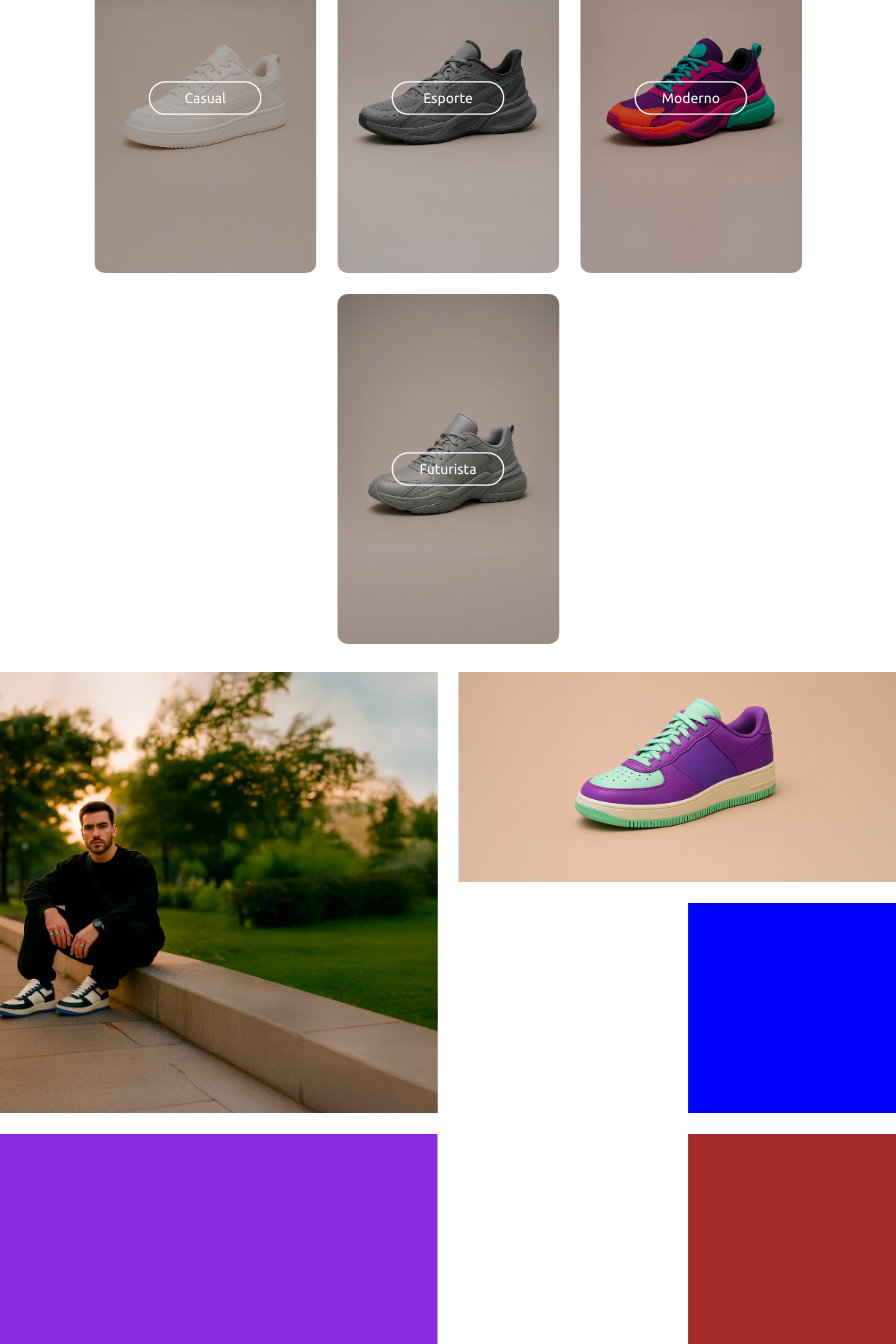
Repository: caique2512/ecommerce-syntaxwear
Page: index.html
An editor plug-in stored every save of this project. The page is shown before and after a run of saves, followed by the edit.
The browser window is 1280 px wide. The pictures show the part of the page from y = 690 to 2610 px (the page is 2610 px tall), at 70% of full size.

Above is the page before, as saved 2026-02-20 18:42:31.

### index.html
<!doctype html>
<html lang="pt-BR">
  <head>
    <meta charset="UTF-8" />
    <meta name="viewport" content="width=device-width, initial-scale=1.0" />
    <meta name="description" content="SyntaxWear - Loja de tênis online" />
    <title>SyntaxWear - Tênis e Sneakers Online</title>
    <meta
      name="description"
      content="Compre os melhores tênis e sneakers online na SyntaxWear. Encontre modelos exclusivos, ofertas imperdíveis e frete grátis para todo o Brasil."
    />

    <link rel="stylesheet" href="./css/base/reset.css" />
    <link rel="stylesheet" href="./css/base/style.css" />
    <link rel="stylesheet" href="./css/base/variables.css" />

    <link rel="stylesheet" href="./css/components/header.css" />
    <link rel="stylesheet" href="./css/components/hero.css" />
    <link rel="stylesheet" href="./css/components/product-category.css" />
    <link rel="stylesheet" href="./css/components/product-grid.css" />
  </head>
  <body>
    <!-- Header com Logo e Navegação -->
    <header class="header">
      <h1 class="logo">
        <a href="/" title="SyntaxWear - Tênis e Sneakers Online">
          <img
            src="./images/logo/logo.svg"
            alt="SyntaxWear - Tênis e Sneakers Online"
          />
        </a>
      </h1>
      <nav class="nav-center" aria-label="Categorias Principais">
        <ul>
          <li><a href="#">Masculino</a></li>
          <li><a href="#">Feminino</a></li>
          <li><a href="#">Outlet</a></li>
        </ul>
      </nav>

      <nav class="nav-right" aria-label="Menu Secundário">
        <ul>
          <li><a href="#">Nossas lojas</a></li>
          <li><a href="#">Sobre</a></li>
          <li>
            <a href="#" aria-label="Minha conta">
              <img src="./images/icons/user.svg" alt="Minha conta" />
            </a>
          </li>
          <li>
            <a href="#" aria-label="Ajuda">
              <img src="./images/icons/help.svg" alt="Ajuda" />
            </a>
          </li>
          <li>
            <a href="#" aria-label="Carrinho">
              <img src="./images/icons/bag.svg" alt="Carrinho" />
            </a>
          </li>
        </ul>
      </nav>
    </header>
    <main>
      <section class="hero">
        <div class="hero-overlay">
          <div class="hero-content">
            <span class="hero-subtitle">Krypton One</span>
            <h2 class="hero-title">Tranforme qualquer passo em preseça.</h2>
            <div class="hero-buttons">
              <a class="btn btn-outiline" href="#">Ver modelos</a>
              <a class="btn btn-filled" href="#">Comprar</a>
            </div>
          </div>
        </div>
      </section>
      <!-- Seção de Categorias de Tênis -->
      <section class="categories-section">
        <div class="category-card casual">
          <a class="category-link" href="#">
            <span class="overlay"></span>
            <span class="category-name btn btn-outiline">Casual</span>
          </a>
        </div>
        <div class="category-card esporte">
          <a class="category-link" href="#">
            <span class="overlay"></span>
            <span class="category-name btn btn-outiline">Esporte</span>
          </a>
        </div>
        <div class="category-card moderno">
          <a class="category-link" href="#">
            <span class="overlay"></span>
            <span class="category-name btn btn-outiline">Moderno</span>
          </a>
        </div>
        <div class="category-card futurista">
          <a class="category-link" href="#">
            <span class="overlay"></span>
            <span class="category-name btn btn-outiline">Futurista</span>
          </a>
        </div>
      </section>
      <!-- Seção de Produtos em Destaque -->
      <section class="grid-section">
        <div class="card top1">
          <div class="top1-content">
            <h3 class="card-subtitle">Krypton One</h3>
            <p class="card-subtitle">Estilos Urbano com atitude</p>
            <div class="cta-group">
              <a href="#" class="btn btn-outiline">Feminino</a>
              <a href="#" class="btn btn-outiline">Masculino</a>
            </div>
          </div>
        </div>
        <div class="card top1"></div>
        <div class="card top2"></div>
        <div class="card midL"></div>
        <div class="card midR"></div>
        <div class="card bottomL"></div>
        <div class="card bottomR"></div>
      </section>
    </main>

    <!-- Footer -->
    <footer class="footer"></footer>

    <script src="js/main.js"></script>
  </body>
</html>

### css/base/reset.css
/* Reset baseado em Andy Bell - Modern CSS Reset */

/* Remove default margins e paddings */
*,
*::before,
*::after {
    margin: 0;
    padding: 0;
    box-sizing: border-box;
}

/* Remove default list styles */
ul[role="list"],
ol[role="list"] {
    list-style: none;
}

/* Body defaults */
body {
    min-height: 100vh;
    text-rendering: optimizeSpeed;
    line-height: 1.5;
}

/* Make images easier to work with */
img,
picture {
    max-width: 100%;
    display: block;
}

/* Inherit fonts for inputs and buttons */
input,
button,
textarea,
select {
    font: inherit;
}

/* Remove animations for people that prefer not to see them */
@media (prefers-reduced-motion: reduce) {
    *,
    *::before,
    *::after {
        animation-duration: 0.01ms !important;
        animation-iteration-count: 1 !important;
        transition-duration: 0.01ms !important;
        scroll-behavior: auto !important;
    }
}

/* A elements that don't have a class get default styles */
a:not([class]) {
    text-decoration-skip-ink: auto;
}

a {
    text-decoration: none;
}

ul,ol{
    list-style: none;
}
/* Remove all animations, transitions and smooth scroll for people that prefer not to see them */
@media (prefers-reduced-motion: reduce) {
    html:focus-within {
        scroll-behavior: auto;
    }

    *,
    *::before,
    *::after {
        animation-duration: 0.01ms !important;
        animation-iteration-count: 1 !important;
        transition-duration: 0.01ms !important;
    }
}

### css/base/style.css
body {
    font-family: var(--fonte-principal);
    color: #333333;
}

main {
    padding: 2.5rem 0 0;
    max-width: 1360px;
    margin: 0 auto;
}

.btn {
    font-size: 1.25rem;
    width: 161px;
    height: 48px;
    border-radius: 25px;
    text-decoration: none;
    color: white;
    font-weight: 400;
    padding: 10px 20px;
    transition: background-color 0.3s, border 0.3s;
}

.btn-outiline {
    background: transparent;
    border: 2px solid white;
    line-height: 23px;
}

.btn-filled {
    background-color: white;
    color: #6329A2;
}

.btn:hover {
    background-color: #6329A2;
    color: white;
    border: #6329A2;
}

### css/base/variables.css
@import url('https://fonts.googleapis.com/css2?family=Ubuntu:ital,wght@0,300;0,400;0,500;0,700;1,300;1,400;1,500;1,700&display=swap');

:root {
    --fonte-principal: 'Ubuntu', sans-serif;
}

### css/components/header.css
.header {
    position: fixed;
    top: 60px;
    left: 50%;
    transform: translate(-50%);
    width: calc(100% - 210px);
    border-radius: 15px;
    z-index: 999;
    display: flex;
    justify-content: space-between;
    align-items: center;
    padding: 0.255rem 1.25rem;
    background-color: white;
}

.logo img {
    height: 48px;
}

.nav-center ul {
    display: flex;
    gap: 2.5rem;
}

.nav-center a, .nav-right a {
    font-size: 1.25rem;
    color: #333333;
}

.nav-center a:hover, .nav-right a:hover {
    color: #7c3aed;
}

.nav-right ul {
    display: flex;
    gap: 2.5rem;
    align-items: center;
}

.nav-right img {
    height: 20px;
}

.nav-right a:hover img {
    opacity: 0.7;
}

### css/components/hero.css
.hero {
    background: url(../../images/banners/hero.jpg) no-repeat center;
    background-size: cover;
    height: 500px;
    position: relative;
    border-radius: 20px;
}

.hero-overlay {
    width: 100%;
    height: 100%;
    display: flex;
    align-items: center;
    justify-content: flex-end;
    padding: 0 6rem;
}

.hero-content {
    color: white;
    max-width: 355px;
    text-align: center;
}

.hero-buttons {
    display: flex;
    gap: 16px;
}

.hero-content .hero-title {
    font-size: 1.87rem;
    margin-bottom: 40px;
    font-weight: 400;
    line-height: 36px;
    letter-spacing: 3px;
}

.hero-content .hero-subtitle {
    font-size: 1.25rem;
    font-weight: 400;
}

### css/components/product-category.css
.categories-section {
    padding: 40px 0px 40px 0px;
    display: flex;
    flex-wrap: wrap;
    justify-content: center;
    gap: 30px;
}

.category-card {
    position: relative;
    width: 317px;
    height: 500px;
    border-radius: 15px;
    overflow: hidden;
}

.overlay {
    position: absolute;
    inset: 0;
    background-color: rgba(0, 0, 0, 0.25);
    z-index: 1;
}

.category-name {
    position: absolute;
    left: 50%;
    top: 50%;
    transform: translate(-50%, -50%);
    z-index: 2;
    font-size: 1.25rem;
    text-align: center;
}

.casual {
    background: url(../../images/products/tênis\ casual.jpg) no-repeat center;
    background-size: cover;
}

.esporte {
    background: url(../../images/products/twnia\ exportivo.jpg) no-repeat center;
    background-size: cover;
}

.moderno {
    background: url(../../images/products/tênis\ colorido.jpg) no-repeat center;
    background-size: cover;
}

.futurista {
    background: url(../../images/products/tênis\ futurista.jpg) no-repeat center;
    background-size: cover;
}

### css/components/product-grid.css
.top1 {
    grid-area: top1;
    background: url(../../images/products/modelo-homem.jpg) no-repeat center;
    background-size: cover;
}

.top2 {
    grid-area: top2;
    background: url(../../images/products/tênis-roxo-grid.jpg) no-repeat center;
    background-size: cover;
}

.midL {
    grid-area: midL;
    background: url(../../images/products/modelo\ feminino.jpg) no-repeat ce;
    background-size: cover;
}

.midR {
    grid-area: midR;
    background-color: blue;
}

.bottomL {
    grid-area: bottomL;
    background-color: blueviolet;
}

.bottomR {
    grid-area: bottomR;
    background-color: brown;
}

.grid-section {
    display: grid;
    grid-template-columns: repeat(4, 1fr);
    grid-template-rows: repeat(3, 300px);
    grid-template-areas:
    "top1 top1 top2 top2"
    "top1 top1 midL midR"
    "bottomL bottomL midL bottomR";
    gap: 30px;
}

### js/main.js
/* ===================================
   MAIN.JS - Inicializações globais
   =================================== */

console.log('SyntaxWear - E-commerce carregado com sucesso');

// Suas inicializações globais aqui
// Exemplo: inicializar menu, carrinho, etc.

After the next 2 saves:
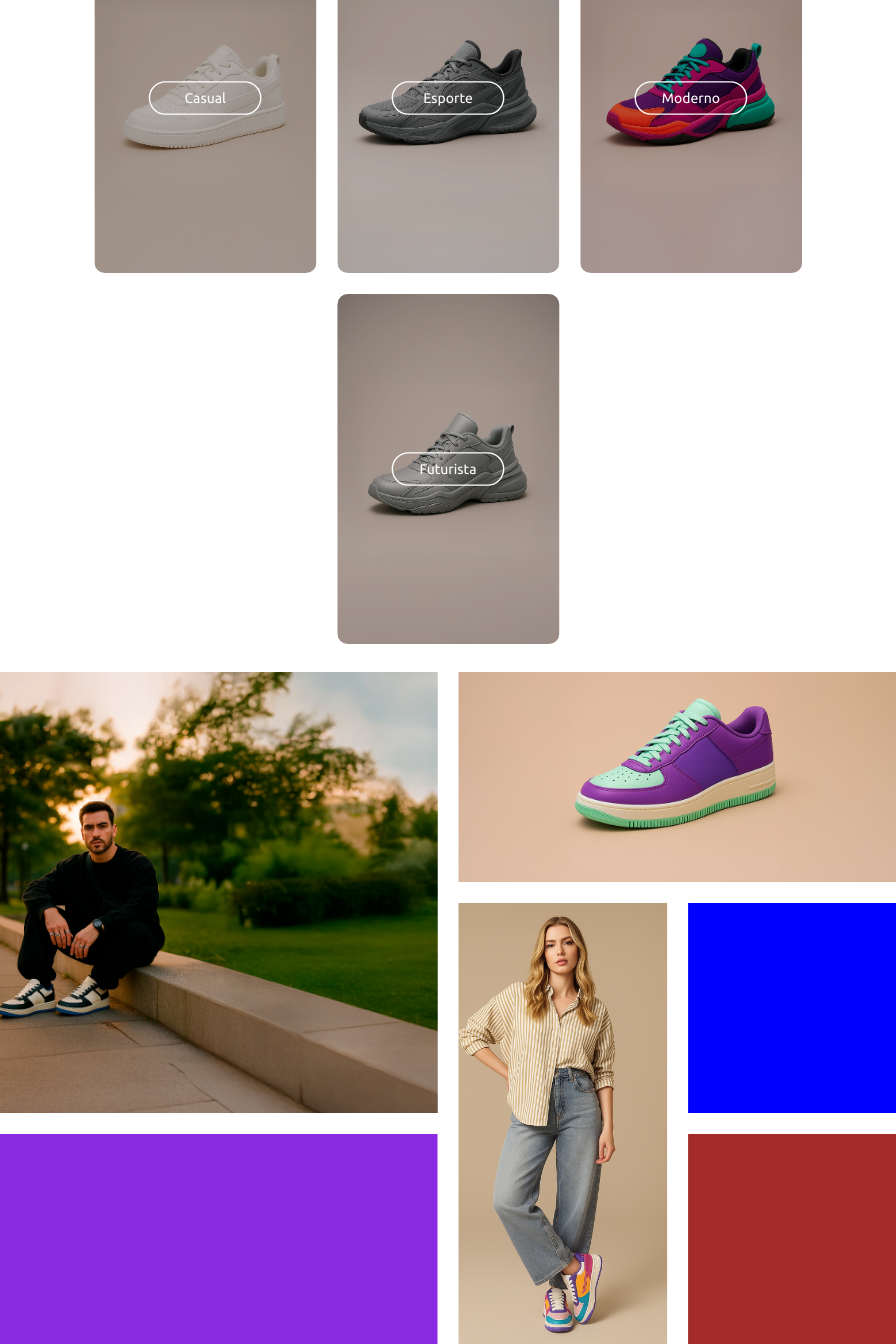
The 2 saves are shown as one change because they came seconds apart.
The last was saved 4 s later.
--- a/css/components/product-grid.css
+++ b/css/components/product-grid.css
@@ -12,7 +12,7 @@
 
 .midL {
     grid-area: midL;
-    background: url(../../images/products/modelo\ feminino.jpg) no-repeat ce;
+    background: url(../../images/products/modelo\ feminino.jpg)  center;
     background-size: cover;
 }
 
